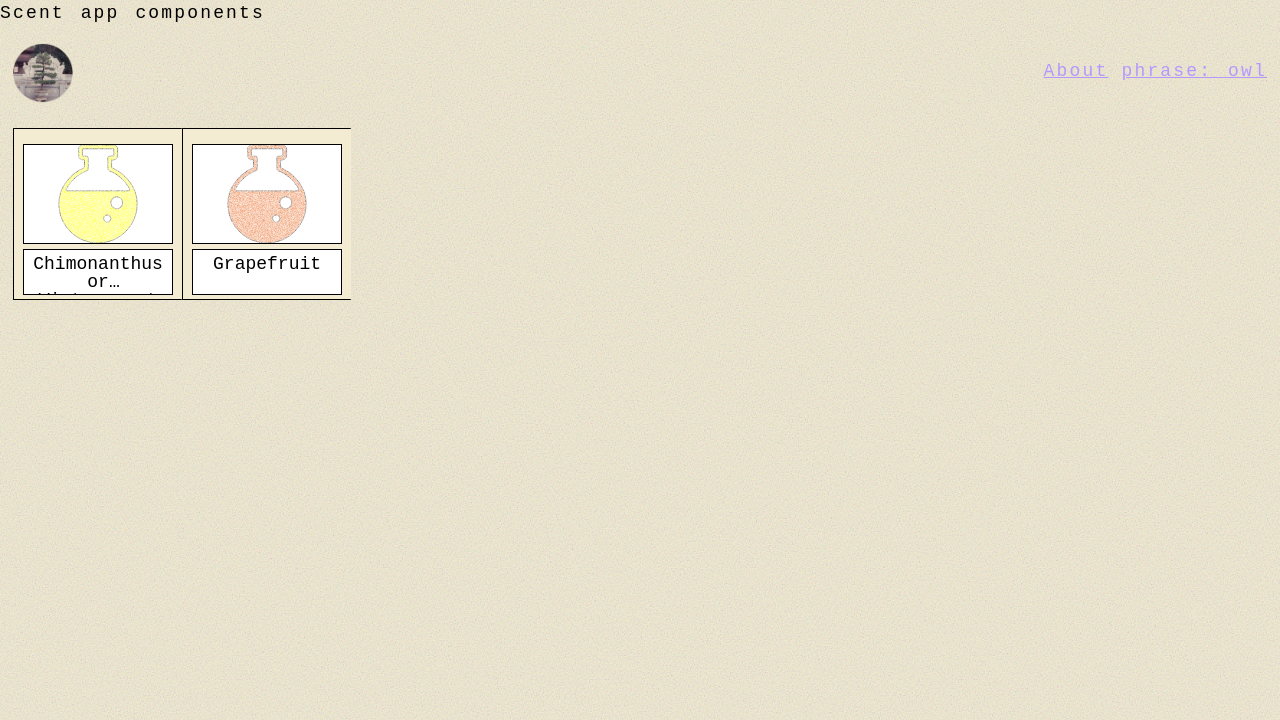
Repository: magiai/scent-app
Page: /
These files come from the project's save history. The page is drawn as it stood at one moment and after the next save; the edit follows.
The browser window is 1280 px wide. The pictures show the whole page.
The project was rebuilt for these pictures with package versions that can differ from the ones it lists, and the page was loaded fresh each time. The framework's server and built-in components were replaced by stand-ins that run in the browser.

Above is the page before, as saved 2022-11-30 12:26:04.

### pages/_app.tsx

import { Provider } from 'react-redux';
import type { AppProps } from 'next/app';
import { store } from '../app/store';
import '../styles/variables.css';
import '../styles/global.css';

function MyApp({ Component, pageProps
}: AppProps) {
    return (
        <Provider store={store}>
            <Component {...pageProps} />
        </Provider>
    )
}

export default MyApp

### pages/_document.js
import { Html, Head, Main, NextScript } from "next/document";

export default function Document() {
    return (
        <Html lang="en">
        <Head>
            <meta charset="utf-8" />
            <meta httpEquiv="X-UA-Compatible" content="IE=edge" />
            <meta name=" theme-color" content="#fff" />
            <meta name="viewport" content="width=device-width, initial-scale=1" />
            <meta name="robots" content="noindex, nofollow" />

            <title key="title">Scent app components</title>
            <link rel="icon" href="/favicon.ico"></link>
            <meta name="description" content="Application description"></meta>

            <noscript>Scent app components</noscript>
        </Head>
        <body>
            <svg
                className="svg__background"
                width='100%'
                height='100%'
                viewBox='0 0 100 100' xmlns='http://www.w3.org/2000/svg'>
                <filter id='noiseFilter' x="-75%" y="-100%" width="250%" height="300%">
                    <feTurbulence
                                type='fractalNoise'
                                baseFrequency='5'
                                numOctaves='10'
                                seed="10"
                                stitchTiles='stitch'/>
                </filter>

                <rect width='100%' height='100%' filter='url(#noiseFilter)'/>
            </svg>
            <Main />
            <NextScript />
        </body>
    </Html>
    )
}

### pages/index.tsx
import Head from 'next/head';
import Layout from '../components/Layout';
import { Scent } from '../components/scent/Scent';

export default function Home() {
  return (
    <Layout>
      <Head>
        <title key="title">Home</title>
      </Head>

      <main>
        <Scent liquidColor="yellow"
            label = "Chimonanthus or Wintersweet" />
        <Scent liquidColor="#e9702c"
                label = "Grapefruit" />
      </main>

    </Layout>
  )
}

### app/store.ts
import searchEngineReducer from '../components/search/searchSlice';

import {
    Action,
    configureStore,
    ThunkAction,
  } from '@reduxjs/toolkit';

  export const store = configureStore({
    reducer: {
        searchEngine: searchEngineReducer,
    },
  });

  export type AppDispatch = typeof store.dispatch;
  export type RootState = ReturnType<typeof store.getState>;
  export type AppThunk<ReturnType = void> = ThunkAction<
     ReturnType,
     RootState,
     unknown,
     Action<string>
   >;

### styles/variables.css
:root {
    --font-family--base: 'Courier New', Courier, monospace;;
    --color--white: white;
    --color--black: black;
    --color--transparent: rgba(0, 0, 0, 0);

    --hue--base: 255;
    --saturation--base: 100%;
    --lightness--base: 80%;
    --opacity--base: 1;
    --color--lighten: 5%;
    --color--darken: 10%;
    --color--primary: hsla(var(--hue--base), var(--saturation--base), var(--lightness--base), var(--opacity--base));
    --color--primary--active: hsla(var(--hue--base),
                                    var(--saturation--base),
                                    calc(var(--lightness--base) + var(--color--lighten)),
                                    var(--opacity--base));

    --hue--secondary: 46;
    --saturation--secondary: 61%;
    --lightness--secondary: 89%;
    --color--secondary: hsla(var(--hue--secondary), var(--saturation--secondary), var(--lightness--secondary), var(--opacity--base));
    --color--secondary--active: hsla(var(--hue--secondary),
                                var(--saturation--secondary),
                                calc(var(--lightness--secondary) + var(--color--lighten)),
                                var(--opacity--base));

    --hue--error: 360;
    --hue--success: 130;
    --hue--information: 230;
    --color--disabled: hsla(var(--hue--information), 0, calc(var(--lightness--base) - var(--color--darken)), var(--opacity--base));
    --color--information: hsla(var(--hue--information), var(--saturation--base), var(--lightness--base), var(--opacity--base));
    --color--success: hsla(var(--hue--success), var(--saturation--base), var(--lightness--base), var(--opacity--base));
    --color--error: hsla(var(--hue--error), var(--saturation--base), var(--lightness--base), var(--opacity--base));

    --background-color: var(--color--secondary);

    --spacing__ratio: 1.414;
    --spacing__ratio--desktop: 1.618;
    --space--base: 0.5rem;
    --space--xs: var(--space--base);
    --space--s: calc(var(--space--xs) * var(--spacing__ratio));
    --space--m: calc(var(--space--s) * var(--spacing__ratio));
    --space--l: calc(var(--space--m) * var(--spacing__ratio));
    --space--xl: calc(var(--space--l) * var(--spacing__ratio));

    --font-size__ratio: 1.20;
    --font-size__ratio--desktop: 1.333;
    --font-size--base: 1.8rem;
    --font-size--h4: calc(var(--font-size--base) * var(--font-size__ratio));
    --font-size--h3: calc(var(--font-size--h4) * var(--font-size__ratio));
    --font-size--h2: calc(var(--font-size--h3) * var(--font-size__ratio));
    --font-size--h1: calc(var(--font-size--h2) * var(--font-size__ratio));

    --input__height: 4rem;
    --input__border__width: 0.1rem;
    --input__border__style: solid;
    --input__border__color: var(--color--primary);
    --input__border: var(--input__border__width) var(--input__border__style) var(--input__border__color);
    --form-control__color: var(--color--secondary);
    --select__height: 3.4rem;
    --select--focus__color: var(--color--primary);
    --select__arrow__color: var(--input__border__color);

    --svg__button__width: 15rem;
    --svg__button__height: 10rem;
    --button__border__width: 0.1rem;
    --button--svg__label__height: 4.6rem;
}

@media only screen and (min-width: 768px) {
    :root {
        --font-size__ratio: var(--font-size__ratio--desktop);
        --spacing__ratio: var(--spacing__ratio--desktop);
    }
}

### styles/global.css
html {
    font-size: 62.5%;
}

*,
*:before,
*:after {
    box-sizing: border-box;
}

body {
    font-family: var(--font-family--base);
    font-size: var(--font-size--base);
    line-height: 1.5;
	letter-spacing: 0.12em;
	word-spacing: 0.16em;
    color: var(--color--black);
    background-color: var(--background-color);
    margin: 0;
    position: relative;
    min-height: 100vh;
}

@media (prefers-reduced-motion: reduce) {
	*,
	*::before,
	*::after {
		animation-duration: 0.01ms !important;
		animation-iteration-count: 1 !important;
		transition-duration: 0.01ms !important;
		scroll-behavior: auto !important;
	}
}

.svg__background {
	position: absolute;
	top: 0;
	left: 0;
	opacity: 0.4;
    z-index: -1;
}

p,
li,
h1, h2, h3, h4, h5 {
  overflow-wrap: break-word;
  hyphens: auto;
  margin-bottom: 0.65em;
}

h1 {
    font-size: var(--font-size--h1);
}

h2 {
    font-size: var(--font-size--h2);
}

h3 {
    font-size: var(--font-size--h3);
}

h4 {
    font-size: var(--font-size--h4);
}

h5 {
    font-size: var(--font-size--h5);
}

a {
    color: var(--color--primary);
    padding-top: var(--space--s);
    padding-bottom: var(--space--s);
}

a:hover, a:active, a:focus {
    color: var(--color--primary--active);
}

button {
    font-size: max(var(--font-size--base), 1em);
    font-family: inherit;
    padding: 0.25em 0.5em;
    background-color: var(--color--secondary);
    border-radius: 0.1rem;
    border: var(--button__border);
    line-height: 1;
}

### components/Layout.tsx
import React from 'react';
import Footer from './Footer';
import Header from './Header';
import styles from './layout.module.css'

export default function Layout({
  children,
  home
}: {
  children: React.ReactNode
  home?: boolean
}) {
    return (
        <div className = {styles.container}>
            <Header/>
            {children}
            {/* <Footer/> */}
        </div>
    );
}

### components/scent/Scent.tsx
import React from 'react';
import styles from './scent.module.css';

interface ScentProps {
    // visibleBottle: boolean;
    liquidColor: string;
    label: string;
  /**
   * Optional click handler
   */
  onClick?: () => void;
}

export const Scent = ({
    // visibleBottle,
    liquidColor,
    label,
    ...props
}: ScentProps) => {
    //check with useContext
    // const mode: string = visibleBottle ? 'bottle--visible' : 'bottle--hidden';

    return (
    <>
        <button
            type="button"
            className={ styles['button--scent'] }
            {...props}>

            <svg
                className={ styles['svg--bottle'] }
                xmlns="http://www.w3.org/2000/svg"
                version="1.1"
                x="0px"
                y="0px"
                viewBox="0 0 362.664 362.664">

                <filter id='noiseFilter' x="-10%" y="-10%" width="120%" height="120%">
                    <feTurbulence
                        type='fractalNoise'
                        baseFrequency='5'
                        numOctaves='10'
                        seed="10"
                        stitchTiles='stitch'
                    />
                </filter>

                <mask id="gradient-mask">
                    <rect width='100%' height='100%' filter='url(#noiseFilter)'/>
                </mask>

                <path id={ styles['bottle__path'] }
                    fill={ liquidColor }
                    d="M326.197,217.684c0-14.664-2.472-29.243-7.346-43.334l-1.63-4.711h-0.119c-4.807-12.383-11.477-24.266-19.923-35.369     c-16.07-21.126-37.974-38.302-62.301-48.985c-1.015-0.446-3.057-1.059-3.057-4.892l-0.392-25.177h6.549     c8.759,0,15.886-7.126,15.886-15.885V15.886C253.864,7.127,246.738,0,237.978,0H125.686c-8.759,0-15.885,7.127-15.885,15.886     v23.445c0,8.759,7.126,15.885,15.885,15.885h5.625L131.23,80.06c0,3.75-2.221,4.689-3.323,5.172     c-24.308,10.644-46.197,27.762-62.283,48.842c-8.515,11.159-15.232,23.107-20.067,35.564h-0.119l-1.629,4.712     c-4.872,14.089-7.342,28.668-7.342,43.333c0,0.018,0,0.036,0,0.053c0,0.021,0,0.042,0,0.063     c0,79.879,64.986,144.865,144.865,144.865s144.865-64.986,144.865-144.865c0-0.021,0-0.042,0-0.063     C326.197,217.72,326.197,217.702,326.197,217.684z M202.109,272.231c0-7.348,5.957-13.305,13.305-13.305     s13.305,5.957,13.305,13.305s-5.957,13.305-13.305,13.305S202.109,279.579,202.109,272.231z M228.718,213.922     c0-12.15,9.85-22,22-22s22,9.85,22,22s-9.85,22-22,22S228.718,226.072,228.718,213.922z M140.66,95.165     c0,0,4.543-2.022,4.543-7.522c0-9.792,0.127-27.917,0.127-39.166c0-7.5-6.831-7.261-6.831-7.261h-12.813     c-1.022,0-1.885-0.863-1.885-1.885V15.886c0-1.022,0.863-1.886,1.885-1.886h112.292c1.022,0,1.886,0.864,1.886,1.886v23.445     c0,1.022-0.864,1.885-1.886,1.885h-13.146c0,0-7.473,0.552-7.473,8.929c0,10.874,0.592,28.679,0.592,38.241     c0,5.757,4.469,6.934,4.469,6.934c32.593,12.269,59.116,36.124,74.668,64.853c1.679,3.102,4.577,9.466-4.089,9.466h-225.5     c-6.833,0-3.513-6.596-1.764-9.807C81.372,131.122,107.979,107.339,140.66,95.165z"
                    mask='url(#gradient-mask)'></path>
            </svg>

            <span className={ styles['button--svg__label'] }>{ label }</span>
        </button>
    </>
    );
};

### components/search/searchSlice.ts
import {
    createSlice,
    PayloadAction,
  } from '@reduxjs/toolkit';
  import type { RootState } from '../../app/store';

  export type SearchEngineState = {
    value: string;
  };

  const initialState: SearchEngineState = {
    value: 'owl',
  };

  export const searchEngineSlice = createSlice({
    name: 'searchEngine',
    initialState,

    reducers: {

      setSearchedPhrase: (state, action: PayloadAction<string>) => {
        state.value = action.payload;
      },
    },
  });

  export const {
    setSearchedPhrase,
  } = searchEngineSlice.actions;

  export const selectSearch = (state: RootState) => state.searchEngine.value;

  export default searchEngineSlice.reducer;

### components/Header.tsx
import Link from 'next/link';
import Image from 'next/image';
import styles from './header.module.css';
import { useAppSelector } from '../app/hooks';
import { selectSearch } from './../components/search/searchSlice';

export default function Header() {
    const selectPhrase = useAppSelector(selectSearch);

    return (
        <header className = {styles.header}>
            <nav className = {styles.navigation}>
                <Link href="/">
                    <a>
                        <Image
                            src = "/images/logo.png"
                            height = {60}
                            width = {60}
                            alt = "Logo"
                        />
                    </a>
                </Link>
                <ul className = { styles.navigationList }>
                    <li>
                        <Link href="/about">
                            <a>About</a>
                        </Link>
                    </li>
                    <li>
                        <Link href="/about">
                            <a>phrase: {selectPhrase} </a>
                        </Link>
                    </li>
                </ul>
            </nav>
        </header>
    );
}

### components/layout.module.css
.container {
    padding-left: var(--space--m);
    padding-right: var(--space--m);
}

### components/scent/scent.module.css
/* :root {
    --svg__button__width: 15rem;
    --svg__button__height: 10rem;
    --button__border__width: 0.1rem;
    --button--svg__label__height: 4.6rem;
} */


.svg--bottle,
.button--scent {
    border-top-width: var(--button__border__width);
    border-left-width: var(--button__border__width);
    border-bottom-width: var(--button__border__width);
    border-color: black;
    border-style: solid;
}

.button--scent {
    border-right-width: 0rem;
    color: black;
    transition-property: transform;
    transition-duration: 250ms;
    transition-timing-function: ease-out;
}

.button--scent:active,
.button--scent:focus,
.button--scent:hover {
    background-color: rgba(87, 69, 58, 0.7);
}

.button--scent:active #bottle__path,
.button--scent:focus #bottle__path,
.button--scent:hover #bottle__path {
    transform: rotateZ(20deg) translateX(20%) translateY(-30%);
}

svg.svg--bottle {
    display: flex;
    width: var(--svg__button__width);
    height: var(--svg__button__height);
    margin-top: 1rem;
    background-color: white;
    border-right-width: var(--button__border__width);
}

#bottle__path {
    stroke: black;
    stroke-width: 0.3rem;
}

.button--svg__label {
    border: 1px solid black;
    height: var(--button--svg__label__height);
    width: var(--svg__button__width);
    margin-top: var(--space--xs);
    background-color: white;
    display: -webkit-box;
    -webkit-line-clamp: 2;
    -webkit-box-orient: vertical;
    overflow: hidden;
    padding-top: var(--space--xs);
    padding-bottom: calc(var(--space--xs) / 2);
    /* text-shadow: 0px 0px 0.2rem black, -0.05rem -0.05rem 0.02rem; */
    transition-property: height;
    transition-duration: 200ms;
    transition-timing-function: ease-in;
}

.button--svg__label:hover {
    height: auto;
    min-height: var(--button--svg__label__height);
    overflow: visible;
    -webkit-line-clamp: 5;
}

### components/header.module.css
.header {
    padding-top: var(--space--s);
    padding-bottom: var(--space--s);
}

.navigation {
    width: 100%;
    display: flex;
    flex-direction: row;
    justify-content: space-between;
    align-items: center;
}

.navigationList {
    display: flex;
}

.navigationList li {
    list-style: none;
}

.navigationList li:not(:last-of-type) {
    margin-right: var(--space--m);
}

### app/hooks.ts
import {
    TypedUseSelectorHook,
    useDispatch,
    useSelector,
  } from 'react-redux';
  import type {
    AppDispatch,
    RootState,
  } from './store';

  export const useAppDispatch = () => useDispatch<AppDispatch>();
  export const useAppSelector: TypedUseSelectorHook<RootState> = useSelector;

After the next save:
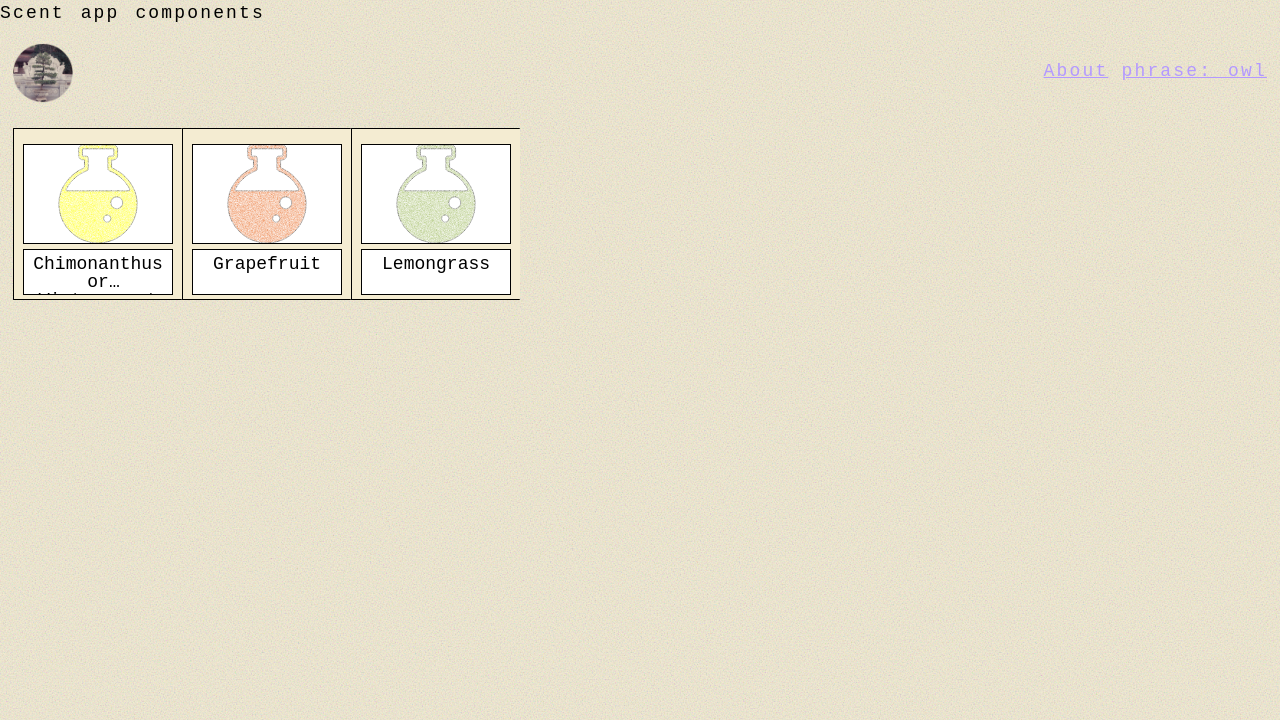
Saved 3 min 41 s later.
--- a/pages/index.tsx
+++ b/pages/index.tsx
@@ -14,6 +14,8 @@ export default function Home() {
             label = "Chimonanthus or Wintersweet" />
         <Scent liquidColor="#e9702c"
                 label = "Grapefruit" />
+        <Scent liquidColor="#9db95d"
+                label = "Lemongrass" />
       </main>
 
     </Layout>
